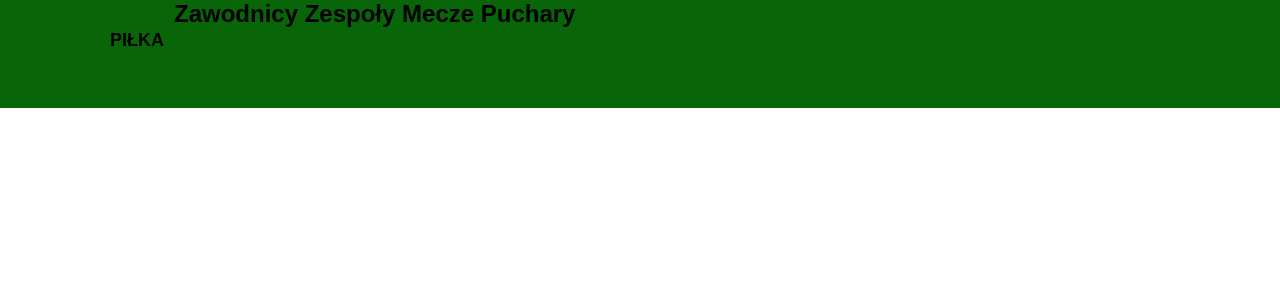
Repository: ZABA78/PAZW
Page: index.html
These files come from the project's save history. The page is drawn as it stood at one moment and after the next save; the edit follows.
The browser window is 1280 px wide. The pictures show the whole page.
Some web fonts or font styles are not loaded; a fallback is used.

Above is the page before, as saved 2023-10-17 14:01:30.

After the next save:
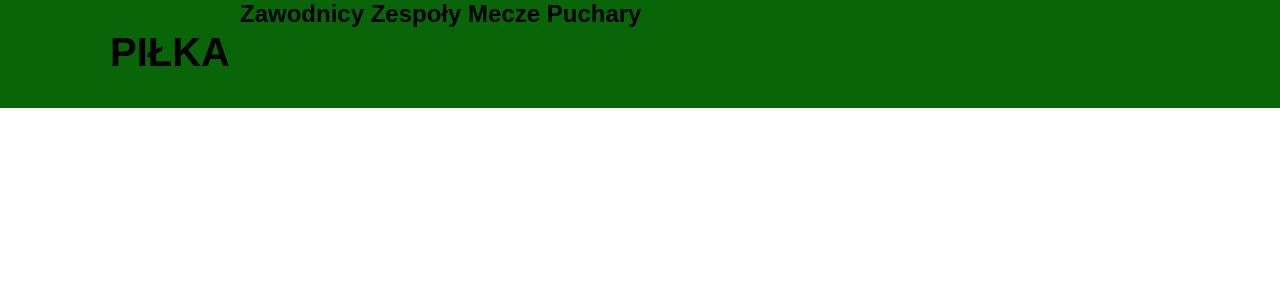
Saved 5 s later.
--- a/style.css
+++ b/style.css
@@ -13,7 +13,7 @@
 h1
 {
     padding: 10px;
-    font-size: large;
+    font-size: 40px;
     float: left;
     margin-left: 100px;
     margin-top: 20px;
